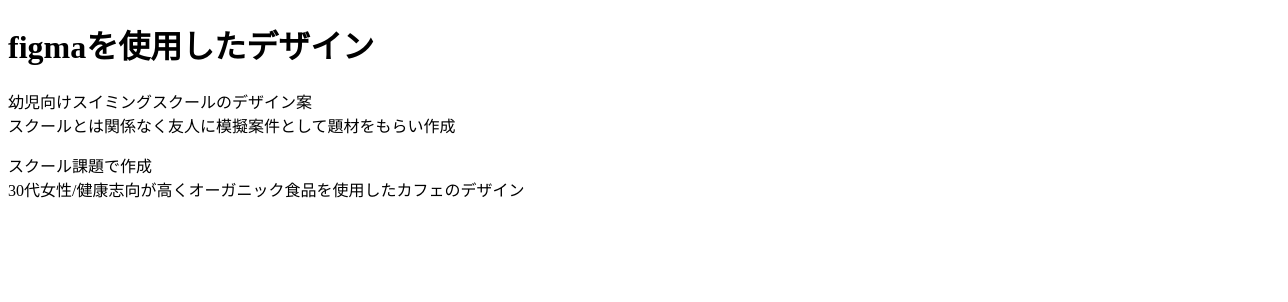
Repository: oninopantsu/onomann
Page: figma.html
The author's editor kept a copy of each file at every save. The page is drawn from the files as they stood at one save, then again after a run of saves.
The browser window is 1280 px wide. The page is 1280 px wide, then 1288 px, so the pictures cover 1288 px, including what lies to the right of the window. The pictures show the whole page.

Above is the page before, as saved 2021-08-17 12:11:12.

### figma.html
<!DOCTYPE html>
<html lang="en">
<head>
  <meta charset="UTF-8">
  <meta http-equiv="X-UA-Compatible" content="IE=edge">
  <meta name="viewport" content="width=device-width, initial-scale=1.0">
  <link rel="stylesheet" href="">
  <title>figmaを使用したデザイン</title>
</head>
<body>

</body>
</html>


<h1>figmaを使用したデザイン</h1>

<a href="https://www.figma.com/file/XY01fwkQDAkL8OazeEc67t/Untitled?node-id=0%3A1"></a>
<p>幼児向けスイミングスクールのデザイン案
  <br>スクールとは関係なく友人に模擬案件として題材をもらい作成
</p>

<a href="https://www.figma.com/file/KXfvIzwfq0REqEZ7dxTu8g/cafe-mona-p?node-id=0%3A1"></a>
<p>スクール課題で作成
  <br>30代女性/健康志向が高くオーガニック食品を使用したカフェのデザイン
</p>

### styles.css
body{
  width: 100%;
}
main{
  background-color: #e4d7e7;
}


h1 {
  font-size: 62px;
  font-family: 'Teko', sans-serif;
  color: #a16994;
  margin-bottom: 80px;

}
h2{
  font-size: 24px;
  color: bisque;
}

p {
  font-size: 8px;
  color: #a16994;
}
.cardflex {
  width: 100%;
  display: block;
  display: flex;
}
.card-items {
  width: 30%;
  padding: 30px 0;
  margin: 0 auto;
}

img {
  width: 80%;
}

After the next 2 saves:
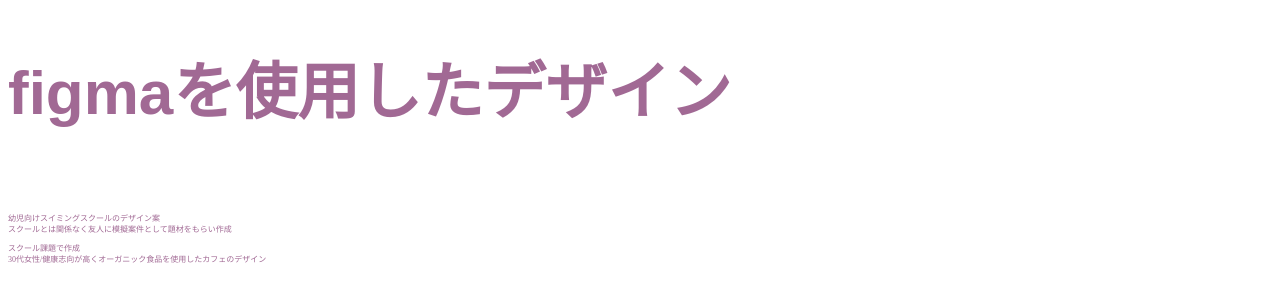
The 2 saves are shown as one change because they came seconds apart.
The last was saved 7 s later.
--- a/figma.html
+++ b/figma.html
@@ -4,7 +4,7 @@
   <meta charset="UTF-8">
   <meta http-equiv="X-UA-Compatible" content="IE=edge">
   <meta name="viewport" content="width=device-width, initial-scale=1.0">
-  <link rel="stylesheet" href="">
+  <link rel="stylesheet" href="styles.css">
   <title>figmaを使用したデザイン</title>
 </head>
 <body>
